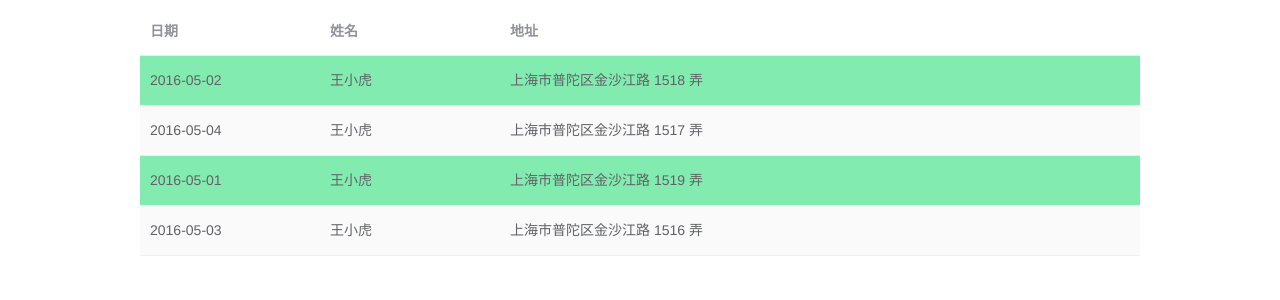
Repository: chang-meng-yun/vue_project
Page: /#/about
These files come from the project's save history. The page is drawn as it stood at one moment and after the next save; the edit follows.
The browser window is 1280 px wide. The pictures show the whole page.
The project was rebuilt for these pictures with package versions that can differ from the ones it lists, and the page was loaded fresh each time. Also part of the build but not shown: vue.config.js, src/VBindStudy.vue, src/components/HelloWorld.vue, src/views/HomeView.vue, src/views/AboutView.vue.

Above is the page before, as saved 2024-06-27 11:03:44.

### public/index.html
<!DOCTYPE html>
<html lang="">
  <head>
    <meta charset="utf-8">
    <meta http-equiv="X-UA-Compatible" content="IE=edge">
    <meta name="viewport" content="width=device-width,initial-scale=1.0">
    <link rel="icon" href="<%= BASE_URL %>favicon.ico">
    <!-- <title><%= htmlWebpackPlugin.options.title %></title> -->
     <title>我是首页</title>
  </head>
  <body>
    <noscript>
      <strong>We're sorry but <%= htmlWebpackPlugin.options.title %> doesn't work properly without JavaScript enabled. Please enable it to continue.</strong>
    </noscript>
    <!-- 显示内容的地方 -->
    <div id="app"></div>
    <!-- built files will be auto injected -->
  </body>
</html>

### src/main.js
import Vue from 'vue'
import App from './App.vue'
import ElementUI from 'element-ui';
import 'element-ui/lib/theme-chalk/index.css';
import router from './router'

Vue.use(ElementUI);

Vue.config.productionTip = false
new Vue({
  router,
  render: h => h(App)
}).$mount('#app')

### src/App.vue
<template>
  <div id="app">
    <!-- <Hello></Hello> -->
    <!-- <VBindStudy></VBindStudy> -->
     <!-- <HomeWork></HomeWork> -->
      <!-- <reHome></reHome> -->
       <!-- <Model></Model> -->
        <FromFrame></FromFrame>
  </div>
</template>
<script>
  // 导入组件
  import Hello from '@/Hello.vue'
  import VBindStudy from '@/VBindStudy'
  import HomeWork from '@/HomeWork'
    import reHome from './views/reHome.vue'
  import FromFrame from '@/FromFrame.vue'
     // import Model from './views/Model.vue'
  export default{
    components:{
        Hello,
        VBindStudy,
        HomeWork,
        FromFrame
        // Model
    },
    data(){
      return{
        mark:true,
        name:"张三",
        mywidth:"350px",
        myImage:require("./assets/花.jpg")
      }
    },
    methods:{
     controller_div(){
        this.mark=!this.mark
        console.log(this.mark)
      },
      changeSize(){
        this.mywidth="500px"
      },
      changeImage(){
        console.log("pakaqiu")
        this.myImage=require("./assets/小樱花.webp")
      }
     }
    }
</script>
<style>
.box{
    width: 200px;
    height: 200px;
    background-color: red;
}
#app {
  font-family: Avenir, Helvetica, Arial, sans-serif;
  -webkit-font-smoothing: antialiased;
  -moz-osx-font-smoothing: grayscale;
  text-align: center;
  color: #2c3e50;
}

nav {
  padding: 30px;
}

nav a {
  font-weight: bold;
  color: #2c3e50;
}

nav a.router-link-exact-active {
  color: #42b983;
}
</style>

### src/Hello.vue
<template>
  <div>
        <!-- <nav>
      <router-link to="/">Home</router-link> |
      <router-link to="/about">About</router-link>
    </nav> -->
    <!-- <el-row>
      <el-button>默认按钮</el-button>
      <el-button type="primary">主要按钮</el-button>
      <el-button type="success">成功按钮</el-button>
      <el-button type="info">信息按钮</el-button>
      <el-button type="warning">警告按钮</el-button>
      <el-button type="danger">危险按钮</el-button>
    </el-row> -->

    <!-- <input  type="text" v-model="username"> -->
     <!-- <div  v-if="mark" class="box">
      div1-if标签
     </div> -->
     <!-- <el-button type="primary" v-on:click="controller_div()">控制div</el-button> -->
     <!-- <div  v-show ="mark" class="box"> -->
      <!-- div2-show标签 -->
     <!-- </div> -->
    <!-- <div>
      {{username}}
    </div> -->
    <!-- <router-view/> -->
     <!-- <hr> -->

     <el-row>
        <el-col :span="12">
          <div class="grid-content bg-purple">
         <img src="./assets/小雏菊.webp" v-bind:width="mywidth" />
         <br>
         <el-button type="primary" @click="changeSize()">改变大小</el-button>
        </div>
      </el-col>

        <el-col :span="12">
          <div class="grid-content bg-purple-light">
            <img v-bind:src="myImage" width="350px" />
            <br>
            <el-button type="primary" @click="changeImage()">改变图片</el-button>
        </div>
      </el-col>
      </el-row>

  </div>
</template>
<script>
     export default{
    // components:{
    //     Hello,
    //     VBindStudy
    // },
    data(){
      return{
        mark:true,
        name:"张三",
        mywidth:"350px",
        myImage:require("./assets/花.jpg")
      }
    },
    methods:{
     controller_div(){
        this.mark=!this.mark
        console.log(this.mark)
      },
      changeSize(){
        this.mywidth="500px"
      },
      changeImage(){
        console.log("pakaqiu")
        this.myImage=require("./assets/小樱花.webp")
      }
     },
     components:{

     }
    }
  </script>
  <style>
  .box{
      width: 200px;
      height: 200px;
      background-color: red;
  }
  #app {
    font-family: Avenir, Helvetica, Arial, sans-serif;
    -webkit-font-smoothing: antialiased;
    -moz-osx-font-smoothing: grayscale;
    text-align: center;
    color: #2c3e50;
  }

  nav {
    padding: 30px;
  }

  nav a {
    font-weight: bold;
    color: #2c3e50;
  }

  /* nav a.router-link-exact-active {
    color: #42b983;
  } */
  </style>

### src/HomeWork.vue
<template>
    <div id="all">

        <h3>请选择你喜欢的语言</h3>
        <table border="1" cellspacing="0" style="margin: 0 auto;" >
            <tr>
                <td v-for="(obj,index) in subject "
                :key="index"
                v-bind:class="{'bg':obj.mark}"
                @click="changeColor(obj,index)">{{obj.name}}</td>
            </tr>
        </table>

        <p style="text-align: center;">我最喜欢的编程语言是{{pro_name}}</p>
        <el-input v-model="inputName" placeholder="请输入你喜欢的书" style="width: 300px;"></el-input>
        <el-button type="primary" @click="addBook()">添加你喜欢的书本</el-button>
        <!-- <el-button type="primary" v-if="">隐藏</el-button> -->
       <!-- {{message}} -->


    </div>
</template>
<script>
    export default{
        data(){
        return{
            pro_name:"Java",
            inputName:"",
            subject:[
            {id:"1",name:"Java",mark:true},
            {id:"2",name:"C",mark:false},
            {id:"3",name:"C++",mark:false},
            {id:"4",name:"Python",mark:false},
            ],
        }
        },
        methods:{
            addBook(){
                console.log(this.inputName)
                this.subject.push({"name":this.inputName,"mark":false})
            },
            changeColor(obj,index){
                console.log(obj,index)
                this.pro_name = obj.name;
                for(var i=0;i<this.subject.length;i++){
                    this.subject[i].mark=false;
                }
                this.subject[index].mark=true;
                this.pro_name=this.subject[index].name;
            }
        },
        components:{

        }
    }

</script>
<style>
 tr td{
        width: 200px;
        height: 50px;
        /* background-color: rgb(130, 236, 176); */
    }
    .bg{
        /* background-color: rgb(218, 103, 80); */
    }
</style>

### src/views/reHome.vue
<template>
    <div>
       <h3>请选择你喜欢的语言</h3>
       <table cellspacing="0" border="1" style="margin: 0 auto;">
        <tr>
            <td v-for="(obj,index) in subjects"
            :key="index"
            v_bind :class="{'bg1':obj.mark}"
            @click="changeColor(obj,index)">
            {{obj.name}}
            </td>
        </tr>
       </table>
       <p>我最喜欢的语言是{{proname}}</p>
    </div>
</template>
<script>
  export default{
    data(){
        return{
          proname:"java",
          subjects:[
            {name:"Java",mark:true},
            {name:"C",mark:false},
            {name:"C++",mark:false},
            {name:"Python",mark:false},
          ]
        }
    },
    methods:{
        changeColor(obj,index){
            console.log(obj,index)
            this.proname=obj.name
            for(var i = 0;i<this.subjects.length;i++){
                this.subjects[i].mark=false;
            }
            obj.mark=true;
        }
    },
    components:{

    },
  }
</script>
<style>
 tr td{
        width: 200px;
        height: 50px;
        background-color: rgb(130, 236, 176);
    }
    .bg1{
        background-color: rgb(218, 103, 80);
    }
</style>

### src/FromFrame.vue
<template>
    <div style="width: 1000px;margin: 0 auto;">
        <el-table
        :data="tableData"
        stripe
        style="width: 100%">
        <el-table-column
          prop="date"
          label="日期"
          width="180">
        </el-table-column>
        <el-table-column
          prop="name"
          label="姓名"
          width="180">
        </el-table-column>
        <el-table-column
          prop="address"
          label="地址">
        </el-table-column>
      </el-table>
    </div>
</template>
<script>
     export default{
        data(){
            return{
          tableData: [{
          date: '2016-05-02',
          name: '王小虎',
          address: '上海市普陀区金沙江路 1518 弄'
        }, {
          date: '2016-05-04',
          name: '王小虎',
          address: '上海市普陀区金沙江路 1517 弄'
        }, {
          date: '2016-05-01',
          name: '王小虎',
          address: '上海市普陀区金沙江路 1519 弄'
        }, {
          date: '2016-05-03',
          name: '王小虎',
          address: '上海市普陀区金沙江路 1516 弄'
        }]
            }
        },
        methods: {

        },
        components:{

        }
     }
</script>
<style>

</style>

Loaded but not shown: src/router/index.js (common file)

After the next save:
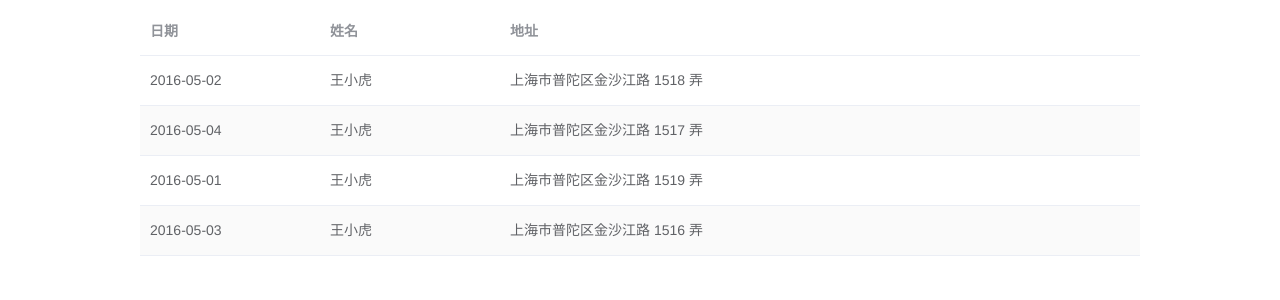
Saved 21 s later.
--- a/src/views/reHome.vue
+++ b/src/views/reHome.vue
@@ -46,9 +46,9 @@
  tr td{
         width: 200px;
         height: 50px;
-        background-color: rgb(130, 236, 176);
+        /* background-color: rgb(130, 236, 176); */
     }
     .bg1{
-        background-color: rgb(218, 103, 80);
+        /* background-color: rgb(218, 103, 80); */
     }
 </style>
